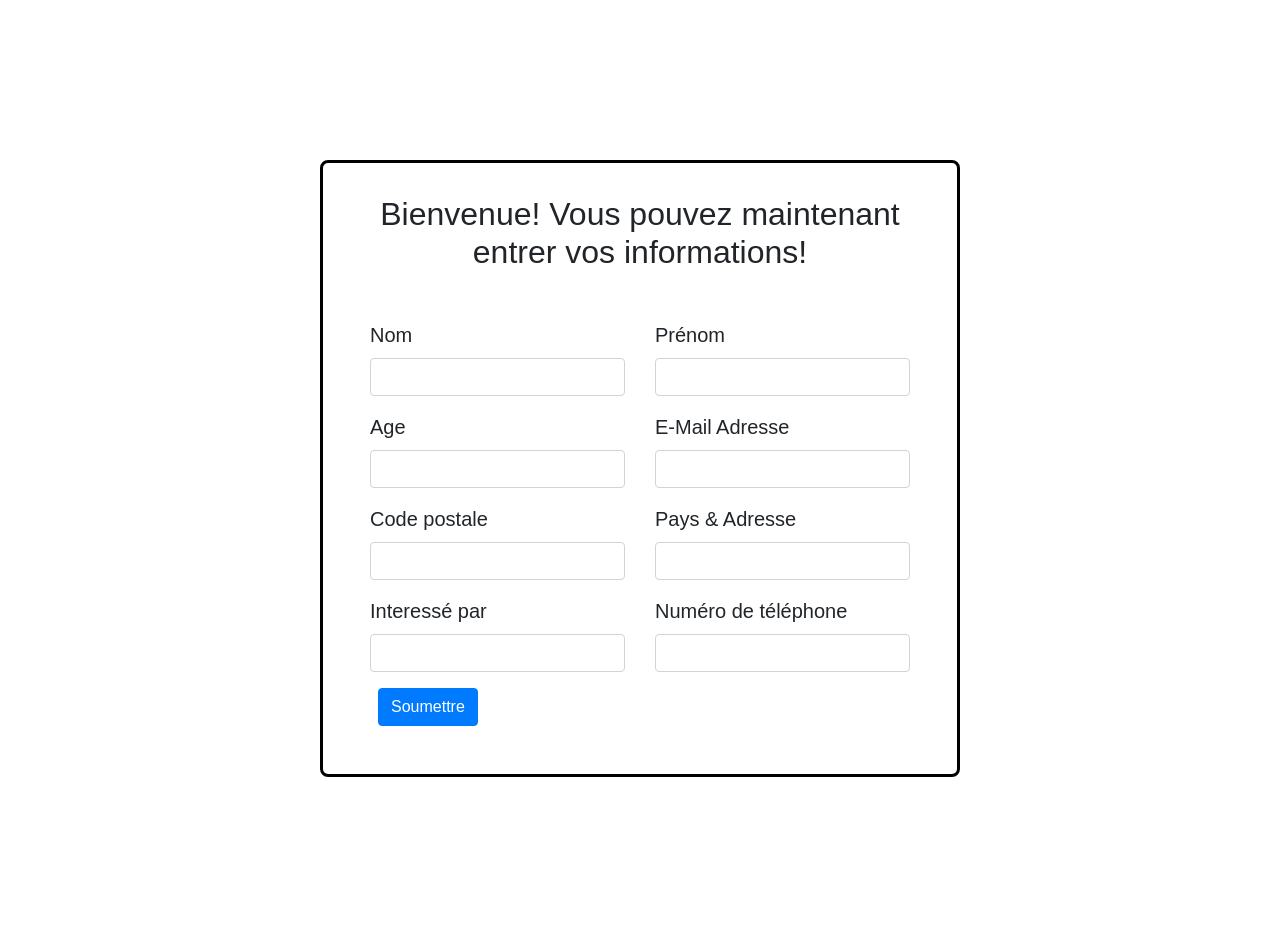
Repository: Aminox84/frontend-main
Page: /
The author's editor kept a copy of each file at every save. The page is drawn from the files as they stood at one save, then again after the next save.
The browser window is 1280 px wide. The pictures show the whole page.
The project was rebuilt for these pictures with package versions that can differ from the ones it lists, and the page was loaded fresh each time.

Above is the page before, as saved 2022-12-29 21:11:42.

### public/index.html
<!DOCTYPE html>
<html lang="en">
  <head>
    <meta charset="utf-8" />
    <link rel="icon" href="%PUBLIC_URL%/favicon.ico" />
    <meta name="viewport" content="width=device-width, initial-scale=1" />
    <meta name="theme-color" content="#000000" />
    <meta
      name="description"
      content="Web site created using create-react-app"
    />
    <link rel="apple-touch-icon" href="%PUBLIC_URL%/logo192.png" />

    <link rel="manifest" href="%PUBLIC_URL%/manifest.json" />
    <link rel="stylesheet" href="https://cdn.jsdelivr.net/npm/bootstrap@4.4.1/dist/css/bootstrap.min.css" integrity="sha384-Vkoo8x4CGsO3+Hhxv8T/Q5PaXtkKtu6ug5TOeNV6gBiFeWPGFN9MuhOf23Q9Ifjh" crossorigin="anonymous">

    <title>React App</title>
  </head>
  <body>
    <noscript>You need to enable JavaScript to run this app.</noscript>
    <div id="root"></div>
    <script src="https://code.jquery.com/jquery-3.4.1.slim.min.js" integrity="sha384-J6qa4849blE2+poT4WnyKhv5vZF5SrPo0iEjwBvKU7imGFAV0wwj1yYfoRSJoZ+n" crossorigin="anonymous"></script>
    <script src="https://cdn.jsdelivr.net/npm/popper.js@1.16.0/dist/umd/popper.min.js" integrity="sha384-Q6E9RHvbIyZFJoft+2mJbHaEWldlvI9IOYy5n3zV9zzTtmI3UksdQRVvoxMfooAo" crossorigin="anonymous"></script>
    <script src="https://cdn.jsdelivr.net/npm/bootstrap@4.4.1/dist/js/bootstrap.min.js" integrity="sha384-wfSDF2E50Y2D1uUdj0O3uMBJnjuUD4Ih7YwaYd1iqfktj0Uod8GCExl3Og8ifwB6" crossorigin="anonymous"></script>
  </body>
</html>

### src/App.tsx
import React from 'react';
// import { useMultistepForm } from './useMultistepForm';
// import { AddressForm } from './AddressForm';
// import { AccountForm } from './AccountForm';
import UserForm  from './userForm';


function App() {


// const {steps,currentStepIndex,step,isFirstStep,isLastStep,back,next} = useMultistepForm([<UserForm />,<AddressForm />,<AccountForm />])

  return (
    <div style={{position:"relative",background:"white",border:"0.2rem solid  black",padding:"2rem",margin:" 10rem auto",borderRadius:".5rem",fontFamily:"Arial",width:"50%",}}>
      <form>
       {/* <div style={{position:"absolute",top:".5rem",right:".5rem"}}> {currentStepIndex + 1} / {steps.length}</div> */}
       <UserForm />
       <div className='d-flex justify-content-center mt-3'>
       {/* {!isFirstStep && <button className='btn btn-primary ml-2' type="button" onClick={back}>Back</button>} */}
       </div>
      </form>
    </div>
  );
}

export default App;

### src/userForm.tsx
import React,{useState} from 'react'
import axios from 'axios'
import { convertTypeAcquisitionFromJson } from 'typescript'

const UserForm= ()=> {

    const [data,setData]= useState([{
        firstName: 'firstTest',
        lastName:'lastTest',
        age: '22',
        email:'justtestingjunkie@gmail.com',
        codePostale:'8050',
        interest:'Prostitution',
        paysEtAdresse:'Nigeria',
        phoneNumber:'+4915115897636'
    }])

    const [addFormData,setAddFormData]= useState({
        firstName: '',
        lastName:'',
        age: '',
        email:'',
        codePostale:'',
        interest:'',
        paysEtAdresse:'',
        phoneNumber:''
    })

    const handleFormChange=(event)=>{
        event.preventDefault();

        const fieldName=event.target.getAttribute('name');
        const fieldValue = event.target.value;

        const newFormData={...addFormData};
        newFormData[fieldName]=fieldValue;

        setAddFormData(newFormData);

    }

    const handleSubmitButton=(event)=>{
        event.preventDefault();

        const newContact={
            firstName:addFormData.firstName,
            lastName:addFormData.lastName,
            age:addFormData.age,
            email:addFormData.email,
            codePostale:addFormData.codePostale,
            interest:addFormData.interest,
            paysEtAdresse:addFormData.paysEtAdresse,
            phoneNumber:addFormData.phoneNumber
        }

        const newContacts=[...data,newContact]
        setData(newContacts);
    }

 const labelFontSize={fontSize:"20px"}

  return (
    <>
      <h2 style={{ textAlign: 'center' }}>
        Bienvenue! Vous pouvez maintenant entrer vos informations!
      </h2>
      <div className="container mt-5">
        <div className="row">
          <div className="col">
            <div className="form-group">
              <label
                style={labelFontSize}
                htmlFor="exampleInputPassword1"
              >
                Nom
              </label>
              <input
              onChange={handleFormChange}
                name="lastName"
                type="text"
                className="form-control"
                id="exampleInputPassword1"
              />
            </div>
          </div>
          <div className="col">
            <div className="form-group">
              <label
                style={labelFontSize}
                htmlFor="exampleInputPassword1"
              >
                Prénom
              </label>
              <input
              onChange={handleFormChange}
                name='firstName'
                type="text"
                className="form-control"
                id="exampleInputPassword1"
              />
            </div>
          </div>
        </div>
        <div className="row">
          <div className="col">
            <div className="form-group">
              <label
                style={labelFontSize}
                htmlFor="exampleInputPassword1"
              >
                Age
              </label>
              <input
              onChange={handleFormChange}
              name='age'
                type="text"
                className="form-control"
                id="exampleInputPassword1"
              />
            </div>
          </div>
          <div className="col">
            <div className="form-group">
              <label
                style={labelFontSize}
                htmlFor="exampleInputPassword1"
              >
                E-Mail Adresse
              </label>
              <input
              onChange={handleFormChange}
              name='email'
                type="text"
                className="form-control"
                id="exampleInputPassword1"
              />
            </div>
          </div>
        </div>
        <div className="row">
          <div className="col">
            <div className="form-group">
              <label
                style={labelFontSize}
                htmlFor="exampleInputPassword1"
              >
                Code postale
              </label>
              <input
              onChange={handleFormChange}
              name='codePostale'
                type="text"
                className="form-control"
                id="exampleInputPassword1"
              />
            </div>
          </div>
          <div className="col">
            <div className="form-group">
              <label
                style={labelFontSize}
                htmlFor="exampleInputPassword1"
              >
                Pays & Adresse
              </label>
              <input
              onChange={handleFormChange}
              name='paysEtAdresse'
                type="text"
                className="form-control"
                id="exampleInputPassword1"
              />
            </div>
          </div>
        </div>
        <div className="row">
          <div className="col">
            <div className="form-group">
              <label
                style={labelFontSize}
                htmlFor="exampleInputPassword1"
              >
                Interessé par
              </label>
              <input
              onChange={handleFormChange}
                type="text"
                className="form-control"
                id="exampleInputPassword1"
              />
            </div>
          </div>
          <div className="col">
            <div className="form-group">
              <label
                style={labelFontSize}
                htmlFor="exampleInputPassword1"
              >
                Numéro de téléphone
              </label>
              <input
              onChange={handleFormChange}
              name='phoneNumber'
                type="text"
                className="form-control"
                id="exampleInputPassword1"
              />
            </div>
          </div>
        </div>
        <button type="button" className='btn btn-primary ml-2'>Soumettre</button>

      </div>
    </>
  )
}
export default UserForm;

Loaded but not shown: src/index.tsx (common file)

After the next save:
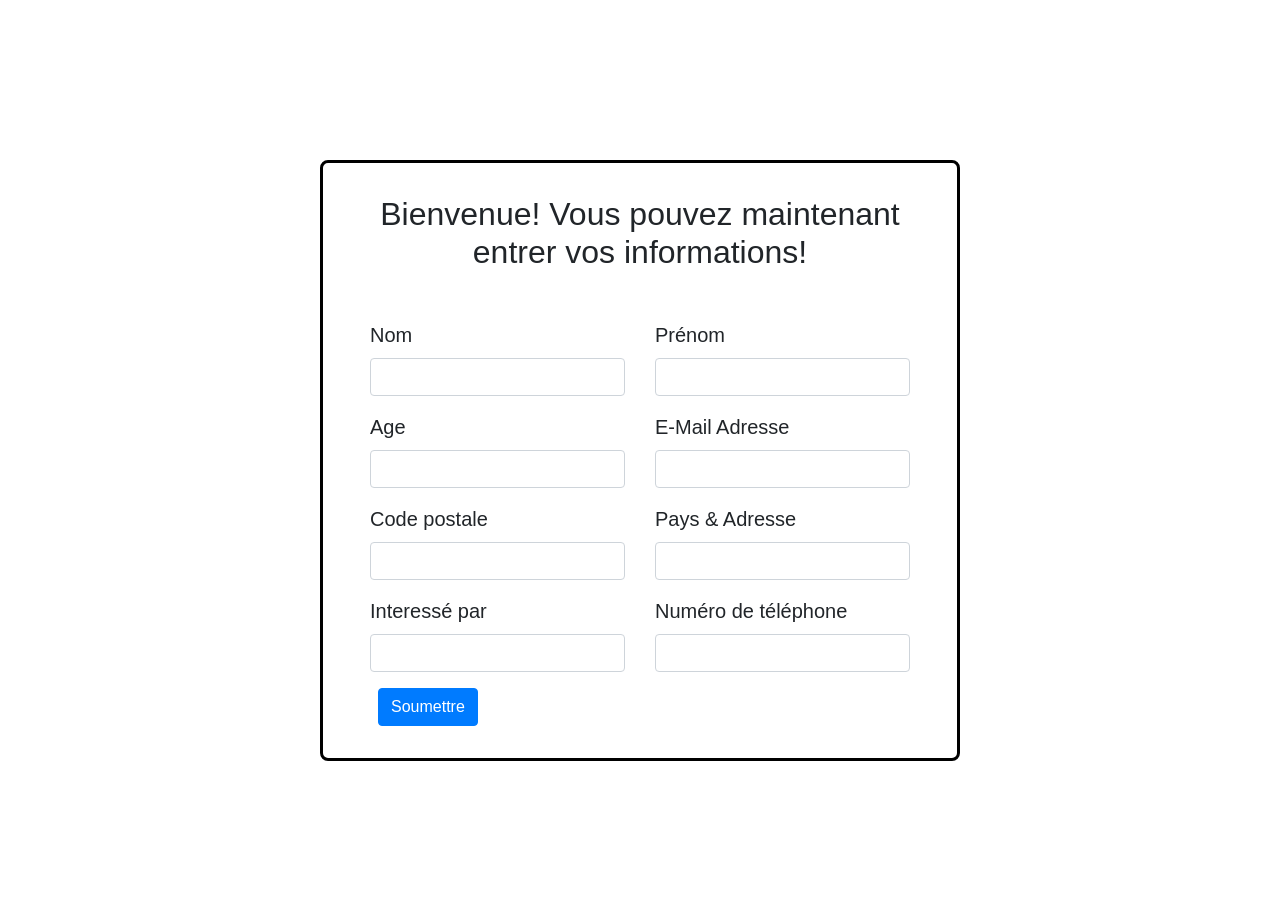
Saved 28 s later.
--- a/src/App.tsx
+++ b/src/App.tsx
@@ -15,9 +15,7 @@ function App() {
       <form>
        {/* <div style={{position:"absolute",top:".5rem",right:".5rem"}}> {currentStepIndex + 1} / {steps.length}</div> */}
        <UserForm />
-       <div className='d-flex justify-content-center mt-3'>
-       {/* {!isFirstStep && <button className='btn btn-primary ml-2' type="button" onClick={back}>Back</button>} */}
-       </div>
+
       </form>
     </div>
   );
